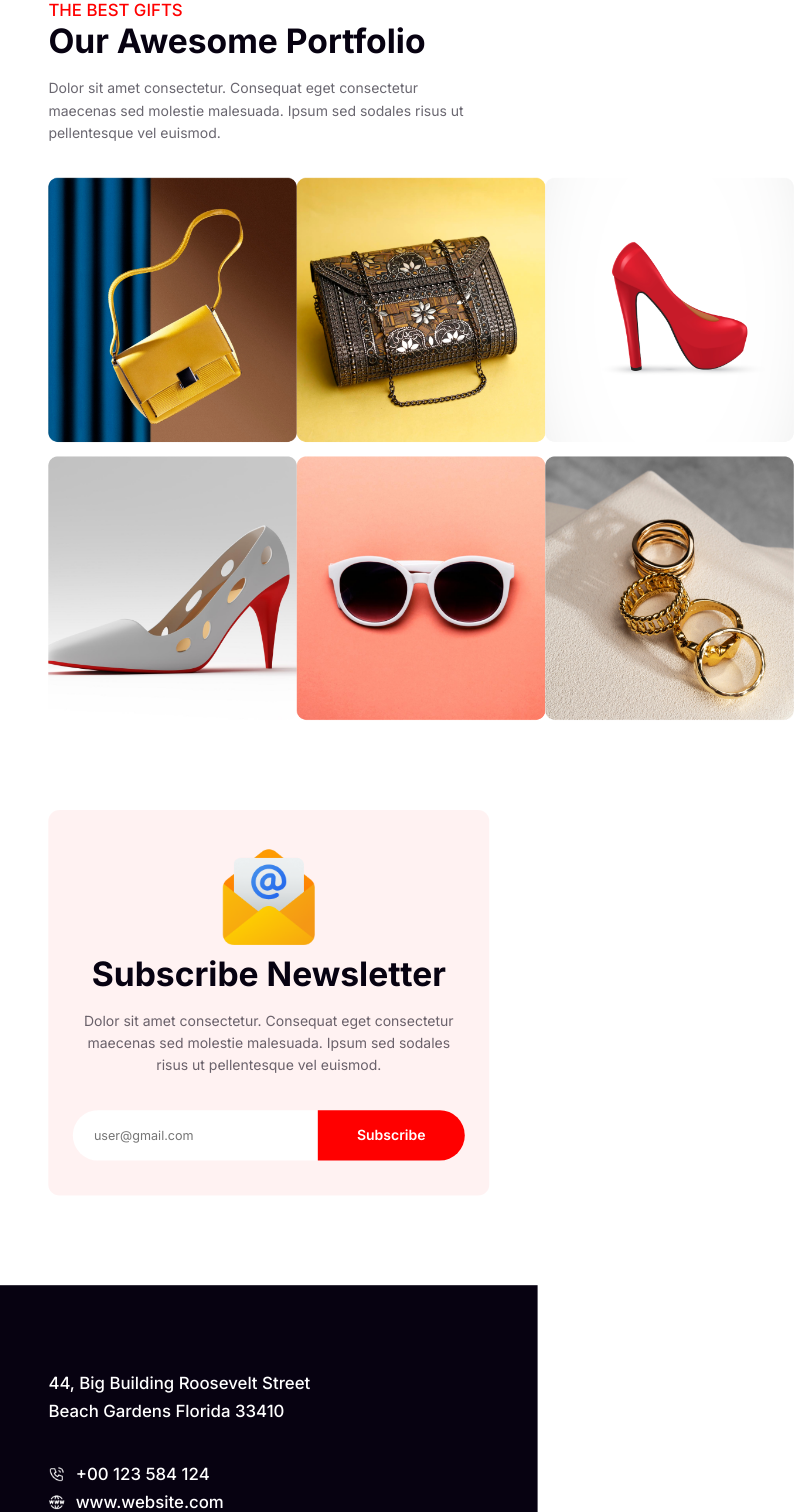
Repository: ShouravAhammed/simple-responsive-new-year
Page: index.html
An editor plug-in stored every save of this project. The page is shown before and after the next save, followed by the edit.
The browser window is 768 px wide. The page is 1134 px wide, then 768 px, so the pictures cover 1134 px, including what lies to the right of the window. The pictures show the part of the page from y = 0 to 2160 px (the page is 2582 px tall before and 4093 px after), at 70% of full size.

Above is the page before, as saved 2024-01-11 18:04:44.

### index.html
<!DOCTYPE html>
<html lang="en">
<head>
    <meta charset="UTF-8">
    <meta name="viewport" content="width=device-width, initial-scale=1.0">
    <!-- Title  -->
    <title>New Year 2024</title>
    <!-- favicon icon linked -->
    <link rel="shortcut icon" href="images/New Year Photo.png" type="image/x-icon">
    <!-- style css linked-->
    <link rel="stylesheet" href="Style/style.css">
</head>
<body>
    <!-- header part  -->
    <header class="hide">
        <!-- banner section part -->
        <section id="banner">
            <div class="container">
                <div class="banner-container">
                    <div class="banner-content">
                        <h3 class="celebration">Happy New Year</h3>
                        <h2 class="banner-title">New Year Party Celebration</h2>
                    </div>
                </div>
            </div>
        </section>
    </header>
    <!-- main part -->
    <main>
        <!-- categories section part  -->
            <section id="categories hide" class="hide">
                <div class="container">
                    <div class="categories-container">
                        <h2 class="categories-discount">65% OFF</h2>
                        <p class="primary-summery">OUR HOLIDAY DEALS ARE BETTER</p>
                        <h3 class="categories-title">ALL CATEGORIES</h3>
                        <div class="categories-img">
                            <img id="new-year-img" src="images/New Year Photo.png" alt="Happy New Year">
                        </div>
                    </div>
                </div>
            </section>

            <!-- party-banner section part -->
            <section id="party-banner" class="hide">
                <div class="container">
                    <div class="party-container">
                        <div class="party-content">
                            <h2 class="party-title">Welcome to midnight party</h2>
                            <p class="party-description">Dolor sit amet consectetur. Consequat eget consectetur maecenas sed molestie malesuada. Ipsum sed sodales risus ut pellentesque vel euismod. </p>
                            <button id="join-now-btn">JOIN NOW</button>
                        </div>
                        <img class="party-img" src="images/icon/Group 70.png" alt="party-img">
                    </div>
                </div>
            </section>
            <!-- Announce section part -->
            <section id="announce" class="hide">
                <div class="container">
                    <div class="announce-content">
                        <h4 class="announce-title"><span class="title-color">Place:</span> New Park Hotel</h4>
                        <h4 class="announce-title"><span class="title-color">Date:</span> 31 December Night 2023</h4>
                        <h4 class="announce-title"><span class="title-color">Time:</span> Evening 7.30 pm to 12.30 am</h4>
                        <button class="announce-btn">Join Now</button>
                    </div>
                </div>
            </section>
            <!-- best offer section part -->
            <section id="best-offer" class="hide">
                <div class="container">
                    <div class="best-offer-container">
                        <div class="best-offer-content">
                            <p class="primary-summery">NEW BEST OFFER</p>
                            <h3 class="similer-title">Coming Soon</h3>
                            <p class="similer-description">Dolor sit amet consectetur. Consequat eget consectetur maecenas sed molestie malesuada. Ipsum sed sodales risus ut pellentesque vel euismod. </p>
                        </div>
                        <div class="best-offer-img-content">

                                <img class="best-offer-img" src="images/Ellipse 1.png" alt="best-offer-images">

                        </div>
                        <div class="best-offer-year-content">
                            <h3 class="best-offer-year">2024</h3>
                            <p class="best-offer-description">Dolor sit amet consectetur. Consequat eget consectetur maecenas sed.</p>
                            <img class="best-offer-year-img" src="images/icon/Group 96.png" alt="best-offer-year-img">
                        </div>
                    </div>
                </div>
            </section>
            <!-- holiday section part  -->
            <section id="holiday" class="hide">
                <div class="container">
                    <div class="holiday-container">
                        <div class="holiday-content">
                            <p class="primary-summery">WHAT IS FUNCTIONAL</p>
                        <h3 class="similer-title"><span class="title-color">Holidays</span> Sale 50%</h3>
                        <p class="similer-description">Dolor sit amet consectetur. Consequat eget consectetur maecenas sed molestie malesuada. Ipsum sed
                            sodales risus ut pellentesque vel euismod. Eleifend nunc purus quam id
                            fermentum amet amet sit consectetur.</p>
                        </div>
                        <div class="holiday-back-img">
                            <div class="holiday-gift-content">
                                <img src="images/icon/Group 75.png" alt="">
                            </div>
                            <div class="holiday-discount-content">
                                <img src="images/icon/Group 44.png" alt="">
                            </div>
                        </div>
                        <div class="holiday-bottom">
                            <img src="images/Rectangle 2.png" alt="">
                        </div>
                    </div>
                </div>
            </section>
            <!-- Portfolio section part -->

            <section id="portfolio">
                <div class="container">
                    <div class="portfolio-container">
                        <div class="portfolio-box">
                            <p class="primary-summery">THE BEST GIFTS</p>
                            <h3 class="similer-title">Our Awesome Portfolio</h3>
                            <p class="similer-description description-padd">Dolor sit amet consectetur. Consequat eget consectetur maecenas sed molestie malesuada. Ipsum sed sodales risus ut pellentesque vel euismod. </p>
                        </div>
                            <div class="portfolio-content">
                                <img class="portfolio-img" src="images/Portfolio images/Rectangle 3.png" alt="">
                                <img class="portfolio-img" src="images/Portfolio images/Rectangle 4.png" alt="">
                                <img class="portfolio-img" src="images/Portfolio images/Rectangle 5.png" alt="">
                            </div>
                            <div class="portfolio-content">
                                <img class="portfolio-img" src="images/Portfolio images/Rectangle 6.png" alt="">
                                <img class="portfolio-img" src="images/Portfolio images/Rectangle 7.png" alt="">
                                <img class="portfolio-img" src="images/Portfolio images/Rectangle 8.png" alt="">
                            </div>
                        </div>
                    </div>
            </section>
            <!-- newsletter section part -->
            <section id="newsletter">
                <div class="container">
                    <div class="news-container">
                        <div class="news-content">
                            <img src="images/icon/Group 61.png" alt="">
                            <h3 class="similer-title">Subscribe Newsletter</h3>
                            <p class="similer-description description-mar">Dolor sit amet consectetur. Consequat eget consectetur maecenas sed molestie malesuada. Ipsum sed sodales risus ut pellentesque vel euismod. </p>
                            <form class="form" action="">
                                <input type="email" placeholder="user@gmail.com" alt="email" id="">
                                <button class="subscribe-btn">Subscribe</button>
                            </form>
                        </div>

                    </div>
                </div>
            </section>
    </main>
    <!--  footer part -->
    <footer>
        <section id="footer">
            <div class="container">
                <div class="footer-describe-part line-color">
                    <div class="footer-address">
                        <p class="address-similer">44, Big Building Roosevelt Street</p>
                        <p class="address-similer">Beach Gardens Florida 33410</p>
                    </div>
                    <div class="footer-address">
                        <div class="call-icon">
                            <img src="images/icon/Call.png" alt="">
                            <a class="address-similer">+00 123 584 124</a>
                        </div>
                        <div class="website-icon">
                            <img src="images/icon/Website.png" alt="">
                            <a class="address-similer">www.website.com</a>
                        </div>
                    </div>
                </div>

                <div class="footer-social line-color">
                    <a href=""><img src="images/icon/Facebook.png" alt=""></a>
                    <a href=""><img src="images/icon/Instagram.png" alt=""></a>
                    <a href=""><img src="images/icon/Twitter.png" alt=""></a>
                    <a href=""><img src="images/icon/Linkedin.png" alt=""></a>
                </div>

                <div class="reserved">
                    <p>2017, All Rights Reserved.</p>
                    <p>Unsubscribe</p>
                </div>
            </div>
        </section>
    </footer>
</body>
</html>

### Style/style.css
/* import google fonts */
@import url('https://fonts.googleapis.com/css2?family=Inter:wght@100;200;300;400;500;600;700;800;900&family=Merriweather:ital,wght@0,300;0,400;0,700;0,900;1,300;1,400;1,700;1,900&display=swap');

*{
    margin: 0;
    padding: 0;
    outline: 0;
}

.container{
    width: 82%;
    margin: 0 auto;
}
/* primary content */
.primary-summery{
    font-family: Inter;
    font-size: 24px;
    font-style: normal;
    font-weight: 500;
    color: #F00;
    line-height: normal;
}
/* title-color */
.title-color{
    color: #F00;
}
/* banner section related css style */
#banner{
    margin-top: 30px;
}
.banner-container{
    background-image: linear-gradient(180deg, #070211 0%, rgba(7, 2, 17, 0.00) 100%), url(../images/Banner\ Image.png);
    background-size: cover;
    background-repeat: no-repeat;
    background-position: center;
    border-radius: 16px;
    padding: 177px 0px;
}
.banner-container .banner-content{
    width: 632px;
    margin: 0 auto;
}
.banner-container .banner-content .celebration{
    color: #FFF;
    text-align: center;
    font-family: Merriweather;
    font-size: 32px;
    font-style: normal;
    font-weight: 400;
    line-height: normal;
    margin-bottom: 16px;
    z-index: 99;
}
.banner-container .banner-content .banner-title{
    color: #FFF;
    text-align: center;
    font-family: Merriweather;
    font-size: 72px;
    font-style: normal;
    font-weight: 900;
    line-height: 95px;
}
/* categories section related css style */

#categories{
    margin: 120px 0px;
}
.categories-container{
    text-align: center;
}
.categories-container .categories-discount{
    font-family: Inter;
    font-size: 88px;
    font-style: normal;
    font-weight: 700;
    color: #F00;
    line-height: normal;
    margin-bottom: 48px;
}

.categories-title{
    font-family: Inter;
    font-size: 48px;
    font-style: normal;
    font-weight: 700;
    color: #070211;
    line-height: normal;
    margin-bottom: 48px;
}
.categories-container .categories-img{
    width: 800px;
    margin: 0 auto;
}
.categories-img #new-year-img{
    max-width: 100%;
}

/* party-banner section css style  */
#party-banner{

}
.party-container{
    background-image: linear-gradient(90deg, #070211 0%, rgba(7, 2, 17, 0.00) 100%), url(../images/Vectorrr.png);
    background-position: center;
    background-repeat: no-repeat;
    background-size: cover;
    display: flex;
    align-items: center;
    justify-content: space-between;
    border-radius: 16px;
    padding: 70px 70px;
}
.party-container .party-content{
    width: 900px;
}
.party-content .party-title{
    font-family: Merriweather;
    font-size: 64px;
    font-style: normal;
    font-weight: 900;
    color: #FFF;
    line-height: 88px;
    letter-spacing: 3px;
}
.party-content .party-description{
    font-family: Inter;
    font-size: 18px;
    font-style: normal;
    font-weight: 400;
    color: rgba(255, 255, 255, 0.80);
    line-height: 30px;
    margin-top: 20px;
}
#join-now-btn{
    font-family: Inter;
    font-size: 20px;
    font-style: normal;
    font-weight: 700;
    color: #FFF;
    background: transparent;
    line-height: normal;
    text-transform: uppercase;
    border: none;
    cursor: pointer;
    margin-top: 48px;
    margin-left: 32px;
}
.party-container .party-img{
    width: 270px;
    max-width: 100%;
}

/* Announce section css style */

#announce{
    margin: 120px 0px;
}
.announce-content{
    background: linear-gradient(180deg, rgba(255, 0, 0, 0.10) 0%, rgba(255, 0, 0, 0.00) 100%);
    padding: 100px 0;
    text-align: center;
}
.announce-content .announce-title{
    color: #070211;
    font-family: Inter;
    font-size: 32px;
    font-style: normal;
    font-weight: 600;
    line-height: 56px;
    text-transform: capitalize;
}
.announce-btn{
    font-family: Inter;
    font-size: 20px;
    font-style: normal;
    font-weight: 700;
    line-height: normal;
    color: #FFF;
    text-align: center;
    text-transform: uppercase;
    border-radius: 8px;
    background: #F00;
    padding: 16px 32px;
    border: none;
    cursor: pointer;
    transition: all ease 0.5s;
    margin-top: 48px;
}
.announce-btn:hover{
    background: #fff;
    color: #f00;
    outline: 1px solid #F00;
}
/* best-offer section style css */
#best-offer{
    margin-bottom: 128px;
}
.similer-title{
    font-family: Inter;
    font-size: 48px;
    font-style: normal;
    font-weight: 700;
    color: #070211;
    line-height: normal;
}
.similer-description{
    font-family: Inter;
    font-size: 20px;
    font-style: normal;
    font-weight: 400;
    color: rgba(7, 2, 17, 0.60);
    line-height: 32px;
    margin-top: 22px;
}
.best-offer-container{
    display: flex;
    align-items: center;
    gap: 20px;
}
.best-offer-content{
    width: 700px;
}
.best-offer-img-content{
    min-height: 350px;
    min-width: 350px;
    border: 15px solid #f00;
    border-radius: 50%;
    position: relative;
    position: relative;
}
.best-offer-img-content .best-offer-img{
    position: absolute;
    width: 270px;
    inset: 41px;
}
.best-offer-year-content .best-offer-year{
    font-family: Inter;
    font-size: 48px;
    font-style: normal;
    font-weight: 700;
    color: #F00;
    line-height: normal;
    margin-top: 65px;
}
.best-offer-year-content .best-offer-description{
    margin-top: 10px !important;

}
.best-offer-year-content{
    width: 500px;
}
.best-offer-year-content .best-offer-year-img{
    max-width: 140px;
    margin-top: 38px;
}


/*  portfolio section css style */
.portfolio-container{

}
.portfolio-container .description-padd{
    margin-bottom: 48px ;
}
.portfolio-container .portfolio-content{
    display: flex;
    align-items: center;
    justify-content: space-between;
    margin-top: 20px;
}
.portfolio-box{
    width: 896px;
}
.portfolio-container .portfolio-content .portfolio-img{
    max-width: 355px;
    transition: all ease 0.5s;
}
.portfolio-content .portfolio-img:hover{
    filter: grayscale(1);
    transform: scale(1.05);
}
/* newsletter section css style  */
#newsletter{
    margin: 128px 0px;
}
.news-container{
    border-radius: 16px;
    background: rgba(255, 0, 0, 0.05);
    padding: 80px 0px;
}
.news-content{
    width: 896px;
    margin: 0 auto;
    text-align: center;
}
.news-content img{
    width: 150px;
    height: 150px;
}
.form{
    width: 648px;
    height: 72px;
    display: flex;
    margin: 0 auto;
}
.form input{
    background: #fff;
    width: 438px;
    flex-grow: 1;
    color: rgba(7, 2, 17, 0.30);
    font-family: Inter;
    font-size: 18px;
    font-style: normal;
    font-weight: 400;
    line-height: normal;
    padding-top: 25px;
    padding-bottom: 25px;
    padding-left: 30px;
    border: none;
    border-radius: 50px 0px 0px 50px;
    outline: 1px transparent;
    transition: all ease 0.5s;
}
.form input:hover{
    outline: 1px solid #f00;
}
.form .subscribe-btn{
    color: #FFF;
    font-family: Inter;
    font-size: 20px;
    font-style: normal;
    font-weight: 600;
    line-height: normal;
    text-transform: capitalize;
    border-radius: 0px 50px 50px 0px;
    background: #F00;
    padding: 24px 56px;
    border: none;
    transition: all ease 0.5s;
}
.form .subscribe-btn:hover{
    outline: 1px solid #f00;
    background: #fff;
    color: #f00;
}
.description-mar{
    margin-bottom: 48px;
}
/* footer section part css style */

#footer{
    background: #070211;
    padding: 120px 0;
}
.line-color{
    border-bottom: 1px solid rgba(255, 255, 255, 0.15);
}
.footer-describe-part{
    display: flex;
    justify-content: space-between;
}
.footer-address{
    margin-bottom: 50px;
}
.footer-address .address-similer {
    color: #FFF;
    font-family: Inter;
    font-size: 24px;
    font-style: normal;
    font-weight: 500;
    line-height: 40px;
    text-decoration: none;
    cursor: pointer;
}
.call-icon, .website-icon{
    display: flex;
    align-items: center;
}
.call-icon img, .website-icon img{
    width: 24px;
    margin-right: 15px;
}

.footer-social{
    text-align: center;
    padding: 48px 0;
}
.footer-social a{
    width: 64px;
    margin-right: 24px;
}
.footer-social a:hover{
    filter: grayscale(1);
}

.reserved{
    display: flex;
    justify-content: space-between;
    align-items: center;
    margin-top: 50px;
}
.reserved p{
    color: #FFF;
    font-family: Inter;
    font-size: 24px;
    font-style: normal;
    font-weight: 500;
    line-height: normal;
}



/* holiday section css style */
#holiday{
    margin-bottom: 128px;
}
.holiday-container{
    text-align: center;
}
.holiday-container .holiday-content{
    width: 920px;
    margin: 0 auto;
}
.holiday-back-img{
    display: flex;
    align-items: center;
    margin-top: 48px;
    background-image: url(../images/Rectangle\ 1.png);
    background-repeat: no-repeat;
    background-size: contain;
    height: 60vh;
    background-position: bottom right;
}
.holiday-back-img .holiday-gift-content {
    width: 600px;
    position: relative;
    bottom: -110px;
    left: 50px;
}
.holiday-back-img .holiday-gift-content img{
    max-width: 100%;
}
.holiday-back-img .holiday-discount-content{
    width: 250px;
}
.holiday-back-img .holiday-discount-content img{
    max-width: 100%;
}
.holiday-bottom img{
    width: 100%;
}


/* responsive */
.hide{
    display: none;
}
@media screen and (max-width: 576px){
    .similer-description {
        padding: 0px 10px;
    }
    .news-content, .portfolio-box, .form, .form input {
        width:  100%;
    }
    .form .subscribe-btn {
        padding: 24px 20px;
    }
    .best-offer-container, .best-offer-container, .portfolio-container .portfolio-content, .footer-describe-part {
        flex-direction: column;
    }
    .footer-social a {
        margin-right: 10px;
    }
    .reserved {
        margin-top: 50px;
        flex-direction: column;
    }
    .portfolio-container .portfolio-content .portfolio-img {
        width: 100%;
    }
    .portfolio-container .portfolio-content {
        gap: 20px;
    }
    .holiday-container .holiday-content {
        width: 100%;
    }
    .holiday-back-img {
        height: 38vh;
    }
    .best-offer-content, .best-offer-year-content {
        width: 100%;
    }
    .announce-content {
        padding: 40px 0;
    }
    .announce-content .announce-title {
        font-size: 18px;
        font-weight: 600;
    }
    .party-container .party-content {
        width: 100%;
    }
    .party-container {
        flex-direction: column;
        padding: 30px 15px;
    }
    .party-container {
        background-position: 85%;
    }
    .party-content .party-title {
        font-size: 32px;
        line-height: 45px;
    }
    #join-now-btn {
        margin-top: 20px;
    }
    .party-container .party-img {
        width: 50%;
        margin-top: 40px;
    }


    .primary-summery {
        font-size: 20px;
    }
    .categories-title {
        font-size: 39px;
    }
    .categories-container .categories-discount {
        font-size: 56px;
        margin-bottom: 12px;
    }
    .categories-container .categories-img {
        width: 100%;
    }
    .categories-img #new-year-img {
        width: 100%;
    }
    .banner-container .banner-content {
        width: 100%;
    }
    .banner-container {
        background-position: 13%;
        border-radius: 16px;
        padding: 120px 0px;
    }
    .banner-container .banner-content .banner-title {
        font-size: 40px;
        line-height: 60px;
    }
    .best-offer-container, .best-offer-container, .portfolio-container .portfolio-content, .footer-describe-part {
        flex-direction: column;
    }
    .portfolio-container .portfolio-content {
        flex-direction: column;
    }
}

@media screen and (min-width: 577px) and (max-width: 768px) {

    .news-content, .portfolio-box, .form, .form input {
        width:  100%;
    }
    .holiday-container .holiday-content {
        width: 100%;
    }
    .holiday-container .holiday-content {
        width: 100%;
    }
    .portfolio-container .portfolio-content .portfolio-img {
        width: 100%;
    }
    .best-offer-content, .best-offer-year-content {
        width: 100%;
    }
    .party-container .party-content {
        width: 100%;
    }
    .categories-container .categories-img {
        width: 100%;
    }
    .categories-img #new-year-img {
        width: 100%;
    }
    .banner-container .banner-content {
        width: 100%;
    }
    .news-container {
        border-radius: 16px;
        background: rgba(255, 0, 0, 0.05);
        padding: 50px 35px;
    }
    .footer-describe-part {
        flex-direction: column;
    }
}
@media screen and (min-width: 769px) and (max-width: 992px){
    .news-content, .portfolio-box, .form, .form input {
        width:  100%;
    }
    .holiday-container .holiday-content {
        width: 100%;
    }
    .holiday-container .holiday-content {
        width: 100%;
    }
    .portfolio-container .portfolio-content .portfolio-img {
        width: 100%;
    }
    .best-offer-content, .best-offer-year-content {
        width: 100%;
    }
    .party-container .party-content {
        width: 100%;
    }
    .categories-container .categories-img {
        width: 100%;
    }
    .categories-img #new-year-img {
        width: 100%;
    }
    .banner-container .banner-content {
        width: 100%;
    }
}

After the next save:
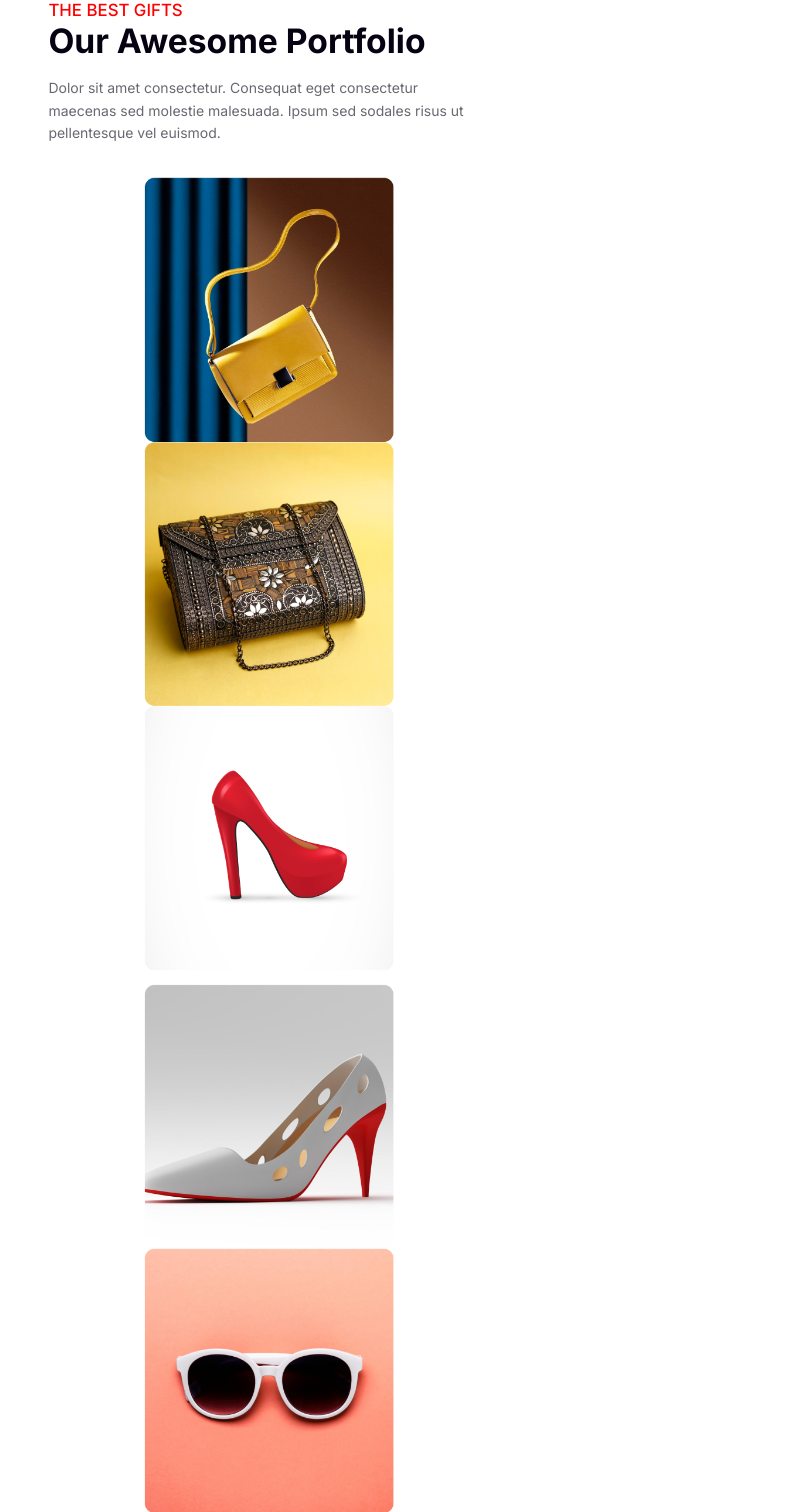
Saved 59 s later.
--- a/Style/style.css
+++ b/Style/style.css
@@ -548,16 +548,21 @@
         font-size: 40px;
         line-height: 60px;
     }
+
+}
+
+@media screen and (min-width: 577px) and (max-width: 768px) {
+
+
+
+
     .best-offer-container, .best-offer-container, .portfolio-container .portfolio-content, .footer-describe-part {
         flex-direction: column;
     }
+
     .portfolio-container .portfolio-content {
         flex-direction: column;
     }
-}
-
-@media screen and (min-width: 577px) and (max-width: 768px) {
-
     .news-content, .portfolio-box, .form, .form input {
         width:  100%;
     }
